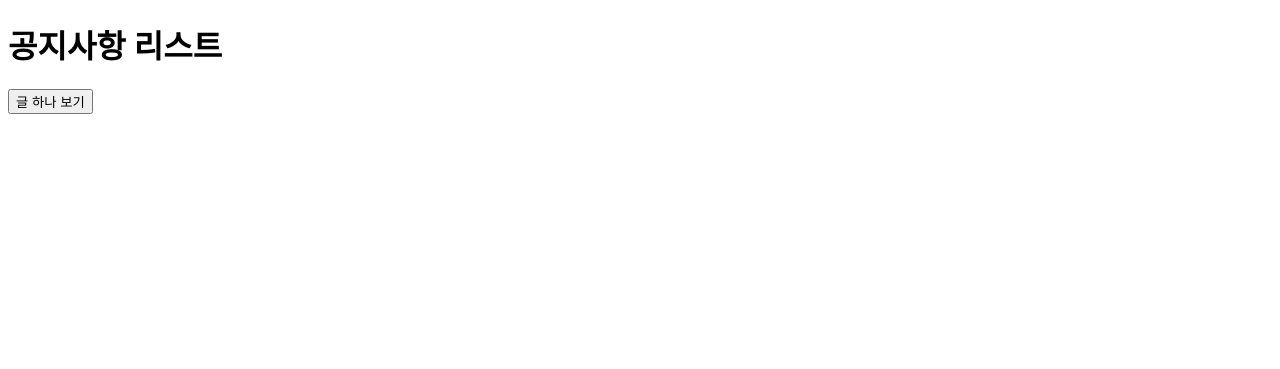
Repository: lbj0314/webTest
Page: Html_ex1/WebContent/notice/noticeList.html
The author's editor kept a copy of each file at every save. The page is drawn from the files as they stood at one save, then again after the next save.
The browser window is 1280 px wide. The pictures show the whole page.

Above is the page before, as saved 2019-10-15 08:33:41.

After the next save:
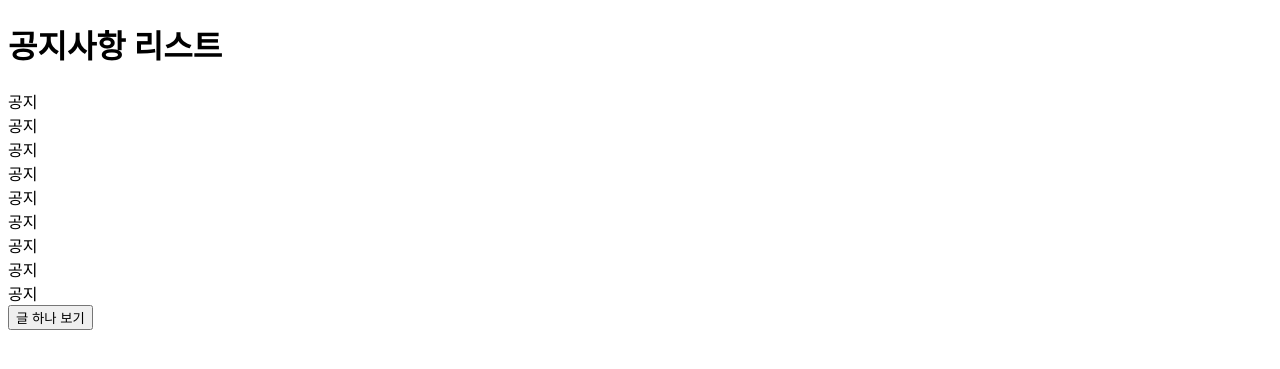
Saved 19 s later.
--- a/Html_ex1/WebContent/notice/noticeList.html
+++ b/Html_ex1/WebContent/notice/noticeList.html
@@ -6,6 +6,15 @@
 </head>
 <body>
 <h1>공지사항 리스트</h1>
+공지<br>
+공지<br>
+공지<br>
+공지<br>
+공지<br>
+공지<br>
+공지<br>
+공지<br>
+공지<br>
 	<table>
 		<form action="./noticeListOne.html" method="get">
 		<input type="submit" value="글 하나 보기" name="noticeListOne">
